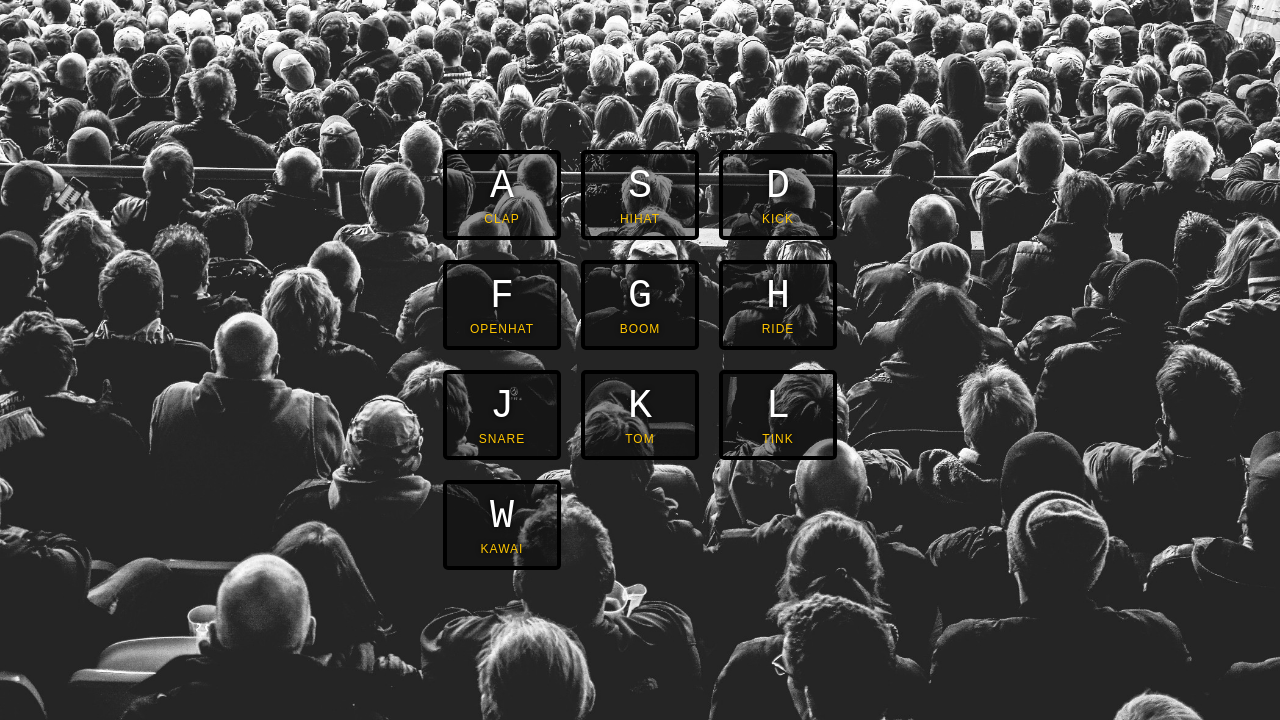
Repository: Freezler/drumkitJS
Page: index-START.html
The author's editor kept a copy of each file at every save. The page is drawn from the files as they stood at one save, then again after the next save.
The browser window is 1280 px wide. The pictures show the whole page.

Above is the page before, as saved 2024-08-23 00:17:32.

### index-START.html
<!DOCTYPE html>
<html lang="en">

<head>
  <meta charset="UTF-8">
  <title>JS Drum Kit</title>
  <link rel="stylesheet" href="style.css">
  <link rel="icon" href="https://fav.farm/🔥" />
</head>

<body>

  <main>
    <div class="keys">
      <div data-key="65" class="key">
        <kbd>A</kbd>
        <span class="sound">clap</span>
      </div>
      <div data-key="83" class="key">
        <kbd>S</kbd>
        <span class="sound">hihat</span>
      </div>
      <div data-key="68" class="key">
        <kbd>D</kbd>
        <span class="sound">kick</span>
      </div>
      <div data-key="70" class="key">
        <kbd>F</kbd>
        <span class="sound">openhat</span>
      </div>
      <div data-key="71" class="key">
        <kbd>G</kbd>
        <span class="sound">boom</span>
      </div>
      <div data-key="72" class="key">
        <kbd>H</kbd>
        <span class="sound">ride</span>
      </div>
      <div data-key="74" class="key">
        <kbd>J</kbd>
        <span class="sound">snare</span>
      </div>
      <div data-key="75" class="key">
        <kbd>K</kbd>
        <span class="sound">tom</span>
      </div>
      <div data-key="76" class="key">
        <kbd>L</kbd>
        <span class="sound">tink</span>
      </div>
      <div data-key="87" class="key">
        <kbd>W</kbd>
        <span class="sound">kawai</span>
      </div>
    </div>
  </main>

  <audio data-key="65" src="sounds/clap.wav"></audio>
  <audio data-key="83" src="sounds/hihat.wav"></audio>
  <audio data-key="68" src="sounds/kick.wav"></audio>
  <audio data-key="70" src="sounds/openhat.wav"></audio>
  <audio data-key="71" src="sounds/boom.wav"></audio>
  <audio data-key="72" src="sounds/ride.wav"></audio>
  <audio data-key="74" src="sounds/snare.wav"></audio>
  <audio data-key="75" src="sounds/tom.wav"></audio>
  <audio data-key="76" src="sounds/tink.wav"></audio>
  <audio data-key="87" src="sounds/kawai.wav"></audio>


  <script>

    window.addEventListener('keydown', function (e) {
      const audio = document.querySelector(`audio[data-key="${e.keyCode}"]`);
      const key = document.querySelector(`.key[data-key="${e.keyCode}"]`);
      key.classList.add('playing');
      if (!audio) return;
      audio.currentTime = 0;
      audio.play();

      function removeTransition(e) {
        if (e.propertyName !== 'transform') return;
        this.classList.remove('playing');
      }
      const keys = document.querySelectorAll('.key');
      keys.forEach(key => key.addEventListener('transitionend', removeTransition));

    });
  </script>


</body>

</html>

### style.css
html {
  font-size: 10px;
  background: url('./background.jpg') bottom center;
  background-size: cover;
  background-repeat: no-repeat;
  height: 100vh;
}

body,
html {
  margin: 0;
  padding: 0;
  font-family: sans-serif;
}

main {
  width: 100vw;
  height: 100vh;
  display: grid;
  place-items: center;
  grid-template-columns: repeat(3, 1fr);
  grid-template-rows: repeat(3, 1fr);
  grid-template-areas:
    ". . ."
    ". . ."
    ". . .";
}

.keys {

  grid-area: 2 / 2 / 2 ;
  display: grid;
  grid-template-columns: repeat(3, 1fr);
  grid-template-rows: repeat(3, 1fr);
  grid-template-areas:
    ". . ."
    ". . ."
    ". . .";
  justify-content: center;

}

.key {
  border: .4rem solid black;
  border-radius: .5rem;
  margin: 1rem;
  font-size: 1.5rem;
  padding: 1rem .5rem;
  transition: all .07s ease;
  width: 10rem;
  text-align: center;
  color: white;
  background: rgba(0, 0, 0, 0.4);
  text-shadow: 0 0 .5rem black;

}

.key[data-key="87"] {
  display: inline-block;
  text-align: center;


}

.playing {
  transform: scale(1.1);
  border-color: #ffc600;
  box-shadow: 0 0 1rem #ffc600;
}

kbd {
  display: block;
  font-size: 4rem;
}

.sound {
  font-size: 1.2rem;
  text-transform: uppercase;
  letter-spacing: .1rem;
  color: #ffc600;
}

After the next save:
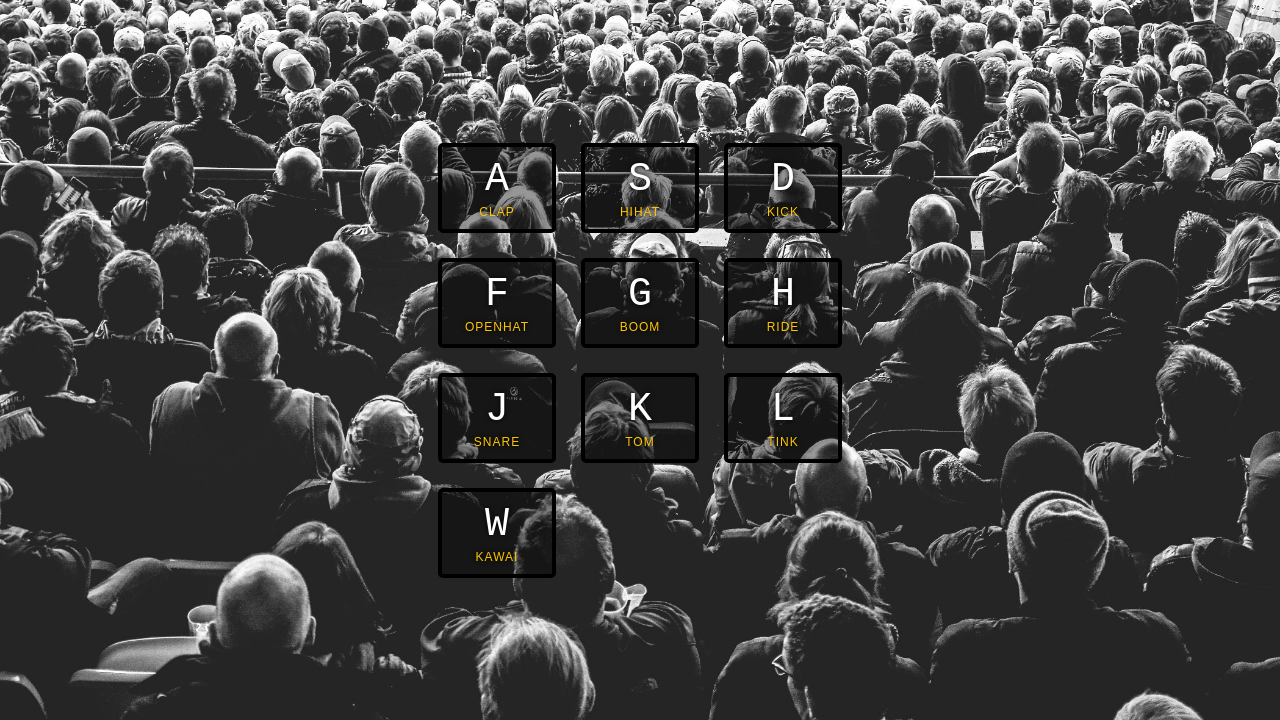
Saved 7 s later.
--- a/style.css
+++ b/style.css
@@ -37,6 +37,8 @@ main {
     ". . ."
     ". . .";
   justify-content: center;
+  align-content: center;
+  grid-gap: .5rem;
 
 }
 
